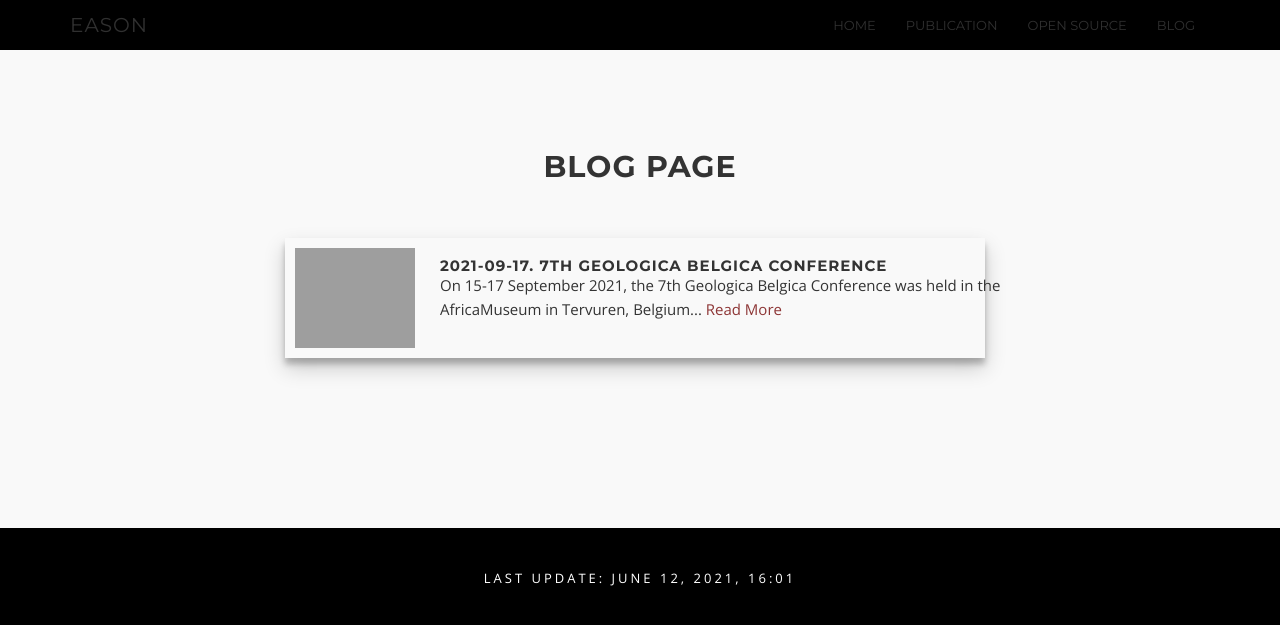
Repository: eazzzon/eazzzon.github.io
Page: blog.html
The author's editor kept a copy of each file at every save. The page is drawn from the files as they stood at one save, then again after the next save.
The browser window is 1280 px wide. The pictures show the whole page.
Pictures or frames that could not be fetched are drawn as grey boxes.

Above is the page before, as saved 2021-09-18 13:30:00.

After the next save:
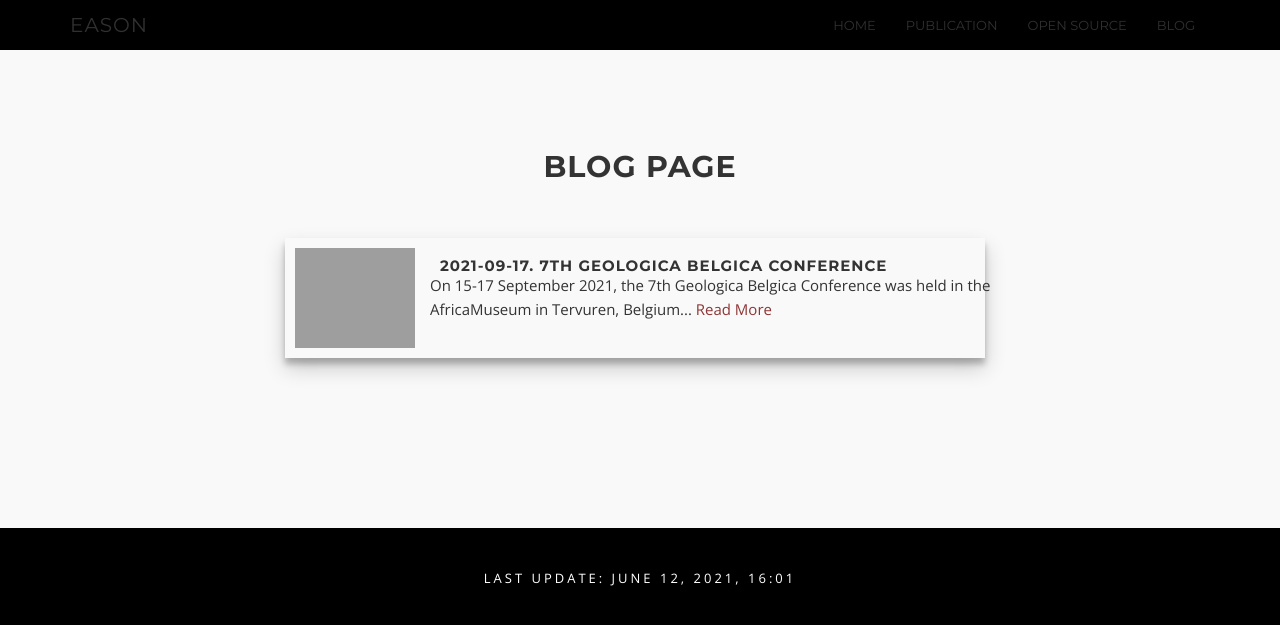
Saved 7 s later.
--- a/css/theme.css
+++ b/css/theme.css
@@ -456,6 +456,6 @@ section {
 	margin: 10px;
 	font-size: 15px;
 	position: relative;
-	left: 60px;
+	left: 50px;
 	bottom: 0px;
   }
